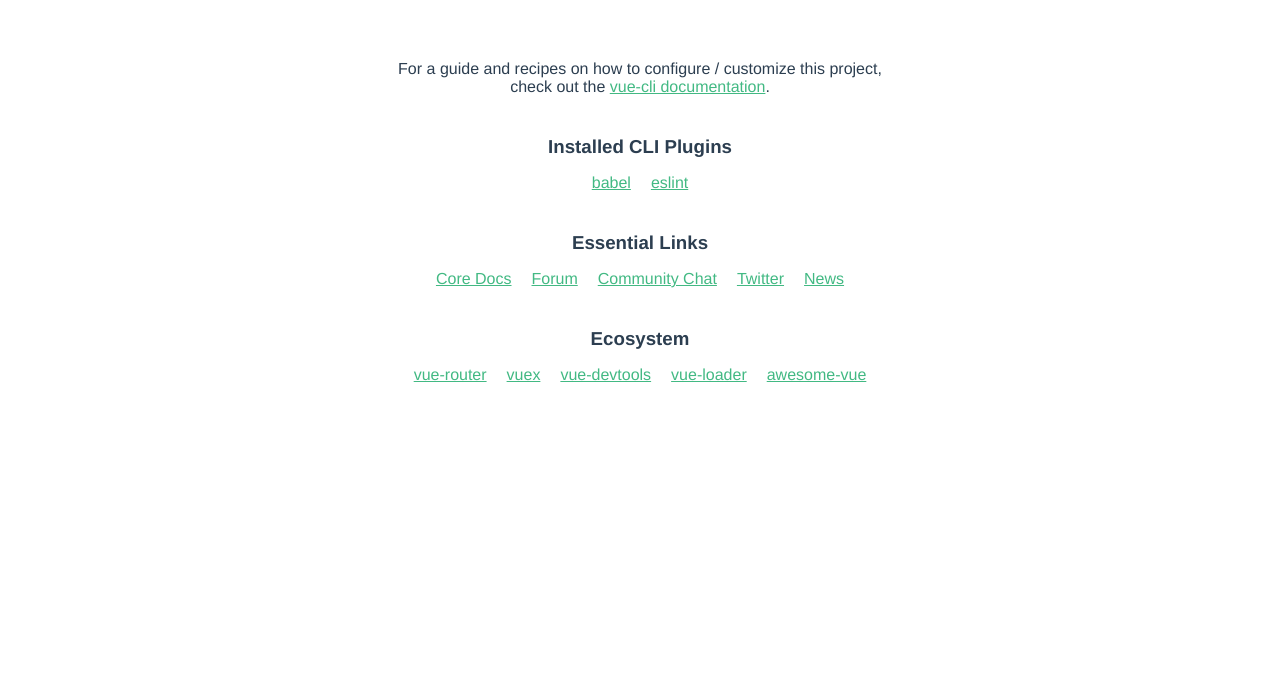
Repository: nickarocho/build-a-bot
Page: /
An editor plug-in stored every save of this project. The page is shown before and after the next save, followed by the edit.
The browser window is 1280 px wide. The pictures show the whole page.
The project was rebuilt for these pictures with package versions that can differ from the ones it lists, and the page was loaded fresh each time.

Above is the page before, as saved 2019-11-19 12:13:50.

After the next save:
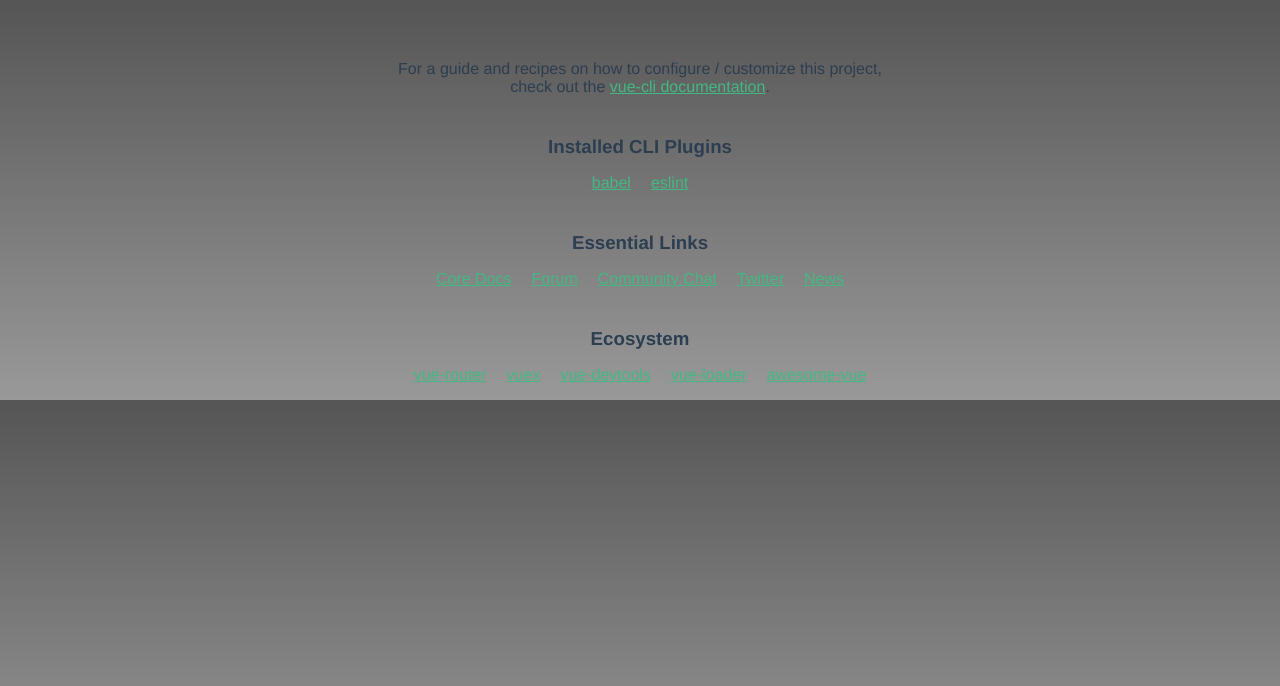
Saved 35 s later.
--- a/src/App.vue
+++ b/src/App.vue
@@ -18,6 +18,10 @@
 </script>
 
 <style>
+body {
+  background: linear-gradient(to bottom, #555, #999);
+
+}
 #app {
   font-family: 'Avenir', Helvetica, Arial, sans-serif;
   -webkit-font-smoothing: antialiased;
